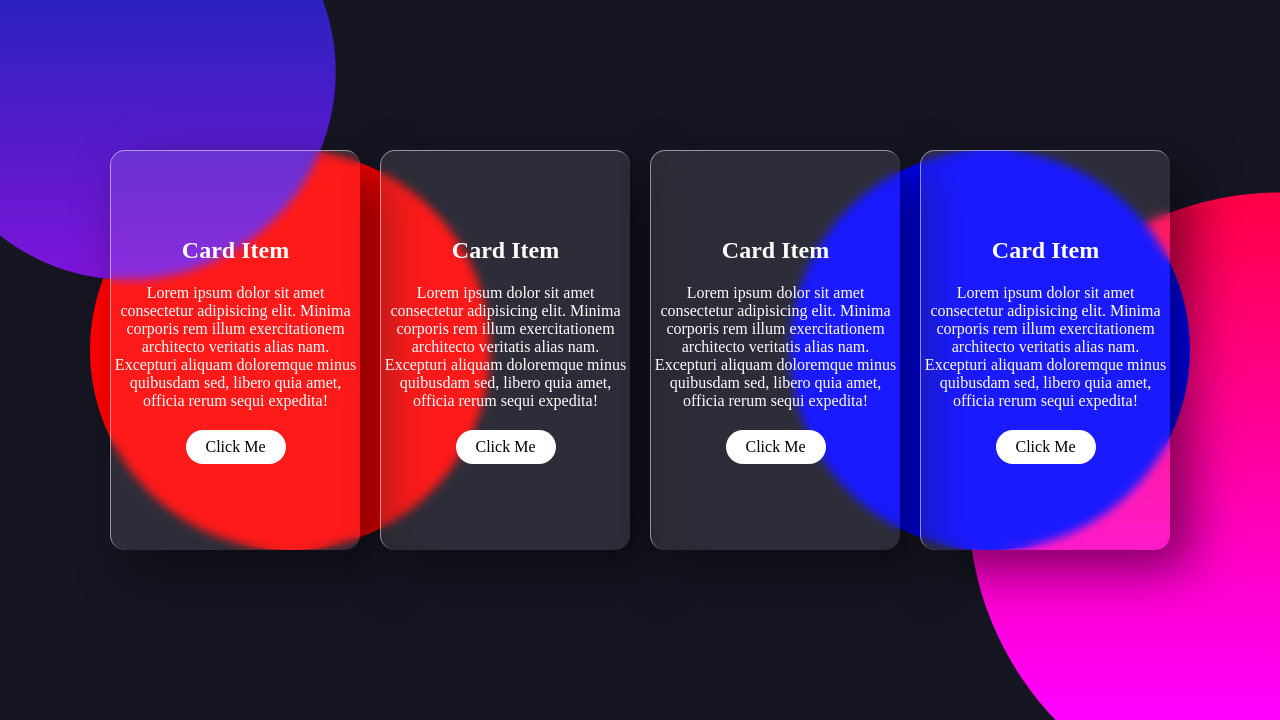
Repository: dovanluyen1996/Test-Git-PR
Page: index.html
An editor plug-in stored every save of this project. The page is shown before and after the next save, followed by the edit.
The browser window is 1280 px wide. The pictures show the whole page.

Above is the page before, as saved 2021-09-07 01:08:36.

### index.html
<!DOCTYPE html>
<html lang="en">
  <head>
    <meta charset="UTF-8" />
    <meta http-equiv="X-UA-Compatible" content="IE=edge" />
    <meta name="viewport" content="width=device-width, initial-scale=1.0" />
    <title>TestVsCode</title>
    <link rel="stylesheet" href="css/style.css" />
  </head>

  <body>
    <div class="container">
      <div class="test1"></div>
      <div class="test2"></div>
    </div>
    <div class="center">
      <div class="item-center">
        <div class="content">
          <h2>Card Item</h2>
          <p class="text">
            Lorem ipsum dolor sit amet consectetur adipisicing elit. Minima
            corporis rem illum exercitationem architecto veritatis alias nam.
            Excepturi aliquam doloremque minus quibusdam sed, libero quia amet,
            officia rerum sequi expedita!
          </p>
          <a href="javascript:void(0)">Click Me</a>
        </div>
      </div>
      <div class="item-center">
        <div class="content">
          <h2>Card Item</h2>
          <p class="text">
            Lorem ipsum dolor sit amet consectetur adipisicing elit. Minima
            corporis rem illum exercitationem architecto veritatis alias nam.
            Excepturi aliquam doloremque minus quibusdam sed, libero quia amet,
            officia rerum sequi expedita!
          </p>
          <a href="javascript:void(0)">Click Me</a>
        </div>
      </div>
      <div class="item-center">
        <div class="content">
          <h2>Card Item</h2>
          <p class="text">
            Lorem ipsum dolor sit amet consectetur adipisicing elit. Minima
            corporis rem illum exercitationem architecto veritatis alias nam.
            Excepturi aliquam doloremque minus quibusdam sed, libero quia amet,
            officia rerum sequi expedita!
          </p>
          <a href="javascript:void(0)">Click Me</a>
        </div>
      </div>
      <div class="item-center">
        <div class="content">
          <h2>Card Item</h2>
          <p class="text">
            Lorem ipsum dolor sit amet consectetur adipisicing elit. Minima
            corporis rem illum exercitationem architecto veritatis alias nam.
            Excepturi aliquam doloremque minus quibusdam sed, libero quia amet,
            officia rerum sequi expedita!
          </p>
          <a href="javascript:void(0)">Click Me</a>
        </div>
      </div>
    </div>

    <script type="text/javascript" src="js/vanilla-tilt.js"></script>
    <script>
      VanillaTilt.init(document.querySelector(".item-center"), {
        max: 25,
        speed: 400,
        glare: true,
        "max-glare": 1,
      });
      //It also supports NodeList
      VanillaTilt.init(document.querySelectorAll(".item-center"));
    </script>
  </body>
</html>

### css/style.css
* {
  margin: 0;
  padding: 0;
  box-sizing: border-box;
}
body {
  background: #161623;
}
body::before {
  content: "";
  position: absolute;
  top: 0;
  left: 0;
  width: 100%;
  height: 100%;
  background: linear-gradient(#f00, #f0f);
  clip-path: circle(30% at right 70%);
}
body::after {
  content: "";
  position: absolute;
  top: 0;
  left: 0;
  width: 100%;
  height: 100%;
  background: linear-gradient(rgb(44, 33, 192), #f0f);
  clip-path: circle(20% at 10% 10%);
}
.container {
  max-width: 1100px;
  margin: 0 auto;
  position: relative;
}
.test1 {
  width: 400px;
  height: 400px;
  background-color: red;
  border-radius: 50%;
  position: absolute;
}
.test2 {
  width: 400px;
  height: 400px;
  background-color: blue;
  border-radius: 50%;
  position: absolute;
  right: 0;
}
.center {
  margin-top: 150px;

  display: flex;
  column-gap: 20px;
  justify-content: center;
  align-items: center;
  color: white;
}
.item-center {
  position: relative;
  display: flex;
  align-items: center;
  z-index: 999;
  overflow: hidden;
  width: 250px;
  height: 400px;
  text-align: center;
  border-radius: 15px;
  border-top: 1px solid rgba(255, 255, 255, 0.5);
  border-left: 1px solid rgba(255, 255, 255, 0.5);
  box-shadow: 20px 20px 50px rgba(0, 0, 0, 0.5);
  background: rgba(255, 255, 255, 0.1);
  backdrop-filter: blur(5px);
}
.item-center p {
  font-weight: 300;
  margin-top: 20px;
  margin-bottom: 20px;
}
.item-center a {
  text-decoration: none;
  color: #fff;
  display: inline-block;
  padding: 8px 20px;
  background-color: #fff;
  color: black;
  border-radius: 20px;
  font-weight: 500;
}
.item-center .content {
  /* transform: translateY(90px);
  opacity: 0;
  transition: 0.5s; */
}
.item-center:hover .content {
  transform: translateY(0px);
  opacity: 1;
}

### js/vanilla-tilt.js
var VanillaTilt = (function () {
  "use strict";

  /**
   * Created by Sergiu Șandor (micku7zu) on 1/27/2017.
   * Original idea: https://github.com/gijsroge/tilt.js
   * MIT License.
   * Version 1.7.2
   */

  class VanillaTilt {
    constructor(element, settings = {}) {
      if (!(element instanceof Node)) {
        throw (
          "Can't initialize VanillaTilt because " + element + " is not a Node."
        );
      }

      this.width = null;
      this.height = null;
      this.clientWidth = null;
      this.clientHeight = null;
      this.left = null;
      this.top = null;

      // for Gyroscope sampling
      this.gammazero = null;
      this.betazero = null;
      this.lastgammazero = null;
      this.lastbetazero = null;

      this.transitionTimeout = null;
      this.updateCall = null;
      this.event = null;

      this.updateBind = this.update.bind(this);
      this.resetBind = this.reset.bind(this);

      this.element = element;
      this.settings = this.extendSettings(settings);

      this.reverse = this.settings.reverse ? -1 : 1;
      this.glare = VanillaTilt.isSettingTrue(this.settings.glare);
      this.glarePrerender = VanillaTilt.isSettingTrue(
        this.settings["glare-prerender"]
      );
      this.fullPageListening = VanillaTilt.isSettingTrue(
        this.settings["full-page-listening"]
      );
      this.gyroscope = VanillaTilt.isSettingTrue(this.settings.gyroscope);
      this.gyroscopeSamples = this.settings.gyroscopeSamples;

      this.elementListener = this.getElementListener();

      if (this.glare) {
        this.prepareGlare();
      }

      if (this.fullPageListening) {
        this.updateClientSize();
      }

      this.addEventListeners();
      this.reset();
      this.updateInitialPosition();
    }

    static isSettingTrue(setting) {
      return setting === "" || setting === true || setting === 1;
    }

    /**
     * Method returns element what will be listen mouse events
     * @return {Node}
     */
    getElementListener() {
      if (this.fullPageListening) {
        return window.document;
      }

      if (typeof this.settings["mouse-event-element"] === "string") {
        const mouseEventElement = document.querySelector(
          this.settings["mouse-event-element"]
        );

        if (mouseEventElement) {
          return mouseEventElement;
        }
      }

      if (this.settings["mouse-event-element"] instanceof Node) {
        return this.settings["mouse-event-element"];
      }

      return this.element;
    }

    /**
     * Method set listen methods for this.elementListener
     * @return {Node}
     */
    addEventListeners() {
      this.onMouseEnterBind = this.onMouseEnter.bind(this);
      this.onMouseMoveBind = this.onMouseMove.bind(this);
      this.onMouseLeaveBind = this.onMouseLeave.bind(this);
      this.onWindowResizeBind = this.onWindowResize.bind(this);
      this.onDeviceOrientationBind = this.onDeviceOrientation.bind(this);

      this.elementListener.addEventListener(
        "mouseenter",
        this.onMouseEnterBind
      );
      this.elementListener.addEventListener(
        "mouseleave",
        this.onMouseLeaveBind
      );
      this.elementListener.addEventListener("mousemove", this.onMouseMoveBind);

      if (this.glare || this.fullPageListening) {
        window.addEventListener("resize", this.onWindowResizeBind);
      }

      if (this.gyroscope) {
        window.addEventListener(
          "deviceorientation",
          this.onDeviceOrientationBind
        );
      }
    }

    /**
     * Method remove event listeners from current this.elementListener
     */
    removeEventListeners() {
      this.elementListener.removeEventListener(
        "mouseenter",
        this.onMouseEnterBind
      );
      this.elementListener.removeEventListener(
        "mouseleave",
        this.onMouseLeaveBind
      );
      this.elementListener.removeEventListener(
        "mousemove",
        this.onMouseMoveBind
      );

      if (this.gyroscope) {
        window.removeEventListener(
          "deviceorientation",
          this.onDeviceOrientationBind
        );
      }

      if (this.glare || this.fullPageListening) {
        window.removeEventListener("resize", this.onWindowResizeBind);
      }
    }

    destroy() {
      clearTimeout(this.transitionTimeout);
      if (this.updateCall !== null) {
        cancelAnimationFrame(this.updateCall);
      }

      this.reset();

      this.removeEventListeners();
      this.element.vanillaTilt = null;
      delete this.element.vanillaTilt;

      this.element = null;
    }

    onDeviceOrientation(event) {
      if (event.gamma === null || event.beta === null) {
        return;
      }

      this.updateElementPosition();

      if (this.gyroscopeSamples > 0) {
        this.lastgammazero = this.gammazero;
        this.lastbetazero = this.betazero;

        if (this.gammazero === null) {
          this.gammazero = event.gamma;
          this.betazero = event.beta;
        } else {
          this.gammazero = (event.gamma + this.lastgammazero) / 2;
          this.betazero = (event.beta + this.lastbetazero) / 2;
        }

        this.gyroscopeSamples -= 1;
      }

      const totalAngleX =
        this.settings.gyroscopeMaxAngleX - this.settings.gyroscopeMinAngleX;
      const totalAngleY =
        this.settings.gyroscopeMaxAngleY - this.settings.gyroscopeMinAngleY;

      const degreesPerPixelX = totalAngleX / this.width;
      const degreesPerPixelY = totalAngleY / this.height;

      const angleX =
        event.gamma - (this.settings.gyroscopeMinAngleX + this.gammazero);
      const angleY =
        event.beta - (this.settings.gyroscopeMinAngleY + this.betazero);

      const posX = angleX / degreesPerPixelX;
      const posY = angleY / degreesPerPixelY;

      if (this.updateCall !== null) {
        cancelAnimationFrame(this.updateCall);
      }

      this.event = {
        clientX: posX + this.left,
        clientY: posY + this.top,
      };

      this.updateCall = requestAnimationFrame(this.updateBind);
    }

    onMouseEnter() {
      this.updateElementPosition();
      this.element.style.willChange = "transform";
      this.setTransition();
    }

    onMouseMove(event) {
      if (this.updateCall !== null) {
        cancelAnimationFrame(this.updateCall);
      }

      this.event = event;
      this.updateCall = requestAnimationFrame(this.updateBind);
    }

    onMouseLeave() {
      this.setTransition();

      if (this.settings.reset) {
        requestAnimationFrame(this.resetBind);
      }
    }

    reset() {
      this.event = {
        clientX: this.left + this.width / 2,
        clientY: this.top + this.height / 2,
      };

      if (this.element && this.element.style) {
        this.element.style.transform =
          `perspective(${this.settings.perspective}px) ` +
          `rotateX(0deg) ` +
          `rotateY(0deg) ` +
          `scale3d(1, 1, 1)`;
      }

      this.resetGlare();
    }

    resetGlare() {
      if (this.glare) {
        this.glareElement.style.transform =
          "rotate(180deg) translate(-50%, -50%)";
        this.glareElement.style.opacity = "0";
      }
    }

    updateInitialPosition() {
      if (this.settings.startX === 0 && this.settings.startY === 0) {
        return;
      }

      this.onMouseEnter();

      if (this.fullPageListening) {
        this.event = {
          clientX:
            ((this.settings.startX + this.settings.max) /
              (2 * this.settings.max)) *
            this.clientWidth,
          clientY:
            ((this.settings.startY + this.settings.max) /
              (2 * this.settings.max)) *
            this.clientHeight,
        };
      } else {
        this.event = {
          clientX:
            this.left +
            ((this.settings.startX + this.settings.max) /
              (2 * this.settings.max)) *
              this.width,
          clientY:
            this.top +
            ((this.settings.startY + this.settings.max) /
              (2 * this.settings.max)) *
              this.height,
        };
      }

      let backupScale = this.settings.scale;
      this.settings.scale = 1;
      this.update();
      this.settings.scale = backupScale;
      this.resetGlare();
    }

    getValues() {
      let x, y;

      if (this.fullPageListening) {
        x = this.event.clientX / this.clientWidth;
        y = this.event.clientY / this.clientHeight;
      } else {
        x = (this.event.clientX - this.left) / this.width;
        y = (this.event.clientY - this.top) / this.height;
      }

      x = Math.min(Math.max(x, 0), 1);
      y = Math.min(Math.max(y, 0), 1);

      let tiltX = (
        this.reverse *
        (this.settings.max - x * this.settings.max * 2)
      ).toFixed(2);
      let tiltY = (
        this.reverse *
        (y * this.settings.max * 2 - this.settings.max)
      ).toFixed(2);
      let angle =
        Math.atan2(
          this.event.clientX - (this.left + this.width / 2),
          -(this.event.clientY - (this.top + this.height / 2))
        ) *
        (180 / Math.PI);

      return {
        tiltX: tiltX,
        tiltY: tiltY,
        percentageX: x * 100,
        percentageY: y * 100,
        angle: angle,
      };
    }

    updateElementPosition() {
      let rect = this.element.getBoundingClientRect();

      this.width = this.element.offsetWidth;
      this.height = this.element.offsetHeight;
      this.left = rect.left;
      this.top = rect.top;
    }

    update() {
      let values = this.getValues();

      this.element.style.transform =
        "perspective(" +
        this.settings.perspective +
        "px) " +
        "rotateX(" +
        (this.settings.axis === "x" ? 0 : values.tiltY) +
        "deg) " +
        "rotateY(" +
        (this.settings.axis === "y" ? 0 : values.tiltX) +
        "deg) " +
        "scale3d(" +
        this.settings.scale +
        ", " +
        this.settings.scale +
        ", " +
        this.settings.scale +
        ")";

      if (this.glare) {
        this.glareElement.style.transform = `rotate(${values.angle}deg) translate(-50%, -50%)`;
        this.glareElement.style.opacity = `${
          (values.percentageY * this.settings["max-glare"]) / 100
        }`;
      }

      this.element.dispatchEvent(
        new CustomEvent("tiltChange", {
          detail: values,
        })
      );

      this.updateCall = null;
    }

    /**
     * Appends the glare element (if glarePrerender equals false)
     * and sets the default style
     */
    prepareGlare() {
      // If option pre-render is enabled we assume all html/css is present for an optimal glare effect.
      if (!this.glarePrerender) {
        // Create glare element
        const jsTiltGlare = document.createElement("div");
        jsTiltGlare.classList.add("js-tilt-glare");

        const jsTiltGlareInner = document.createElement("div");
        jsTiltGlareInner.classList.add("js-tilt-glare-inner");

        jsTiltGlare.appendChild(jsTiltGlareInner);
        this.element.appendChild(jsTiltGlare);
      }

      this.glareElementWrapper = this.element.querySelector(".js-tilt-glare");
      this.glareElement = this.element.querySelector(".js-tilt-glare-inner");

      if (this.glarePrerender) {
        return;
      }

      Object.assign(this.glareElementWrapper.style, {
        position: "absolute",
        top: "0",
        left: "0",
        width: "100%",
        height: "100%",
        overflow: "hidden",
        "pointer-events": "none",
      });

      Object.assign(this.glareElement.style, {
        position: "absolute",
        top: "50%",
        left: "50%",
        "pointer-events": "none",
        "background-image": `linear-gradient(0deg, rgba(255,255,255,0) 0%, rgba(255,255,255,1) 100%)`,
        transform: "rotate(180deg) translate(-50%, -50%)",
        "transform-origin": "0% 0%",
        opacity: "0",
      });

      this.updateGlareSize();
    }

    updateGlareSize() {
      if (this.glare) {
        const glareSize =
          (this.element.offsetWidth > this.element.offsetHeight
            ? this.element.offsetWidth
            : this.element.offsetHeight) * 2;

        Object.assign(this.glareElement.style, {
          width: `${glareSize}px`,
          height: `${glareSize}px`,
        });
      }
    }

    updateClientSize() {
      this.clientWidth =
        window.innerWidth ||
        document.documentElement.clientWidth ||
        document.body.clientWidth;

      this.clientHeight =
        window.innerHeight ||
        document.documentElement.clientHeight ||
        document.body.clientHeight;
    }

    onWindowResize() {
      this.updateGlareSize();
      this.updateClientSize();
    }

    setTransition() {
      clearTimeout(this.transitionTimeout);
      this.element.style.transition =
        this.settings.speed + "ms " + this.settings.easing;
      if (this.glare)
        this.glareElement.style.transition = `opacity ${this.settings.speed}ms ${this.settings.easing}`;

      this.transitionTimeout = setTimeout(() => {
        this.element.style.transition = "";
        if (this.glare) {
          this.glareElement.style.transition = "";
        }
      }, this.settings.speed);
    }

    /**
     * Method return patched settings of instance
     * @param {boolean} settings.reverse - reverse the tilt direction
     * @param {number} settings.max - max tilt rotation (degrees)
     * @param {startX} settings.startX - the starting tilt on the X axis, in degrees. Default: 0
     * @param {startY} settings.startY - the starting tilt on the Y axis, in degrees. Default: 0
     * @param {number} settings.perspective - Transform perspective, the lower the more extreme the tilt gets
     * @param {string} settings.easing - Easing on enter/exit
     * @param {number} settings.scale - 2 = 200%, 1.5 = 150%, etc..
     * @param {number} settings.speed - Speed of the enter/exit transition
     * @param {boolean} settings.transition - Set a transition on enter/exit
     * @param {string|null} settings.axis - What axis should be disabled. Can be X or Y
     * @param {boolean} settings.glare - What axis should be disabled. Can be X or Y
     * @param {number} settings.max-glare - the maximum "glare" opacity (1 = 100%, 0.5 = 50%)
     * @param {boolean} settings.glare-prerender - false = VanillaTilt creates the glare elements for you, otherwise
     * @param {boolean} settings.full-page-listening - If true, parallax effect will listen to mouse move events on the whole document, not only the selected element
     * @param {string|object} settings.mouse-event-element - String selector or link to HTML-element what will be listen mouse events
     * @param {boolean} settings.reset - false = If the tilt effect has to be reset on exit
     * @param {gyroscope} settings.gyroscope - Enable tilting by deviceorientation events
     * @param {gyroscopeSensitivity} settings.gyroscopeSensitivity - Between 0 and 1 - The angle at which max tilt position is reached. 1 = 90deg, 0.5 = 45deg, etc..
     * @param {gyroscopeSamples} settings.gyroscopeSamples - How many gyroscope moves to decide the starting position.
     */
    extendSettings(settings) {
      let defaultSettings = {
        reverse: false,
        max: 15,
        startX: 0,
        startY: 0,
        perspective: 1000,
        easing: "cubic-bezier(.03,.98,.52,.99)",
        scale: 1,
        speed: 300,
        transition: true,
        axis: null,
        glare: false,
        "max-glare": 1,
        "glare-prerender": false,
        "full-page-listening": false,
        "mouse-event-element": null,
        reset: true,
        gyroscope: true,
        gyroscopeMinAngleX: -45,
        gyroscopeMaxAngleX: 45,
        gyroscopeMinAngleY: -45,
        gyroscopeMaxAngleY: 45,
        gyroscopeSamples: 10,
      };

      let newSettings = {};
      for (var property in defaultSettings) {
        if (property in settings) {
          newSettings[property] = settings[property];
        } else if (this.element.hasAttribute("data-tilt-" + property)) {
          let attribute = this.element.getAttribute("data-tilt-" + property);
          try {
            newSettings[property] = JSON.parse(attribute);
          } catch (e) {
            newSettings[property] = attribute;
          }
        } else {
          newSettings[property] = defaultSettings[property];
        }
      }

      return newSettings;
    }

    static init(elements, settings) {
      if (elements instanceof Node) {
        elements = [elements];
      }

      if (elements instanceof NodeList) {
        elements = [].slice.call(elements);
      }

      if (!(elements instanceof Array)) {
        return;
      }

      elements.forEach((element) => {
        if (!("vanillaTilt" in element)) {
          element.vanillaTilt = new VanillaTilt(element, settings);
        }
      });
    }
  }

  if (typeof document !== "undefined") {
    /* expose the class to window */
    window.VanillaTilt = VanillaTilt;

    /**
     * Auto load
     */
    VanillaTilt.init(document.querySelectorAll("[data-tilt]"));
  }

  return VanillaTilt;
})();

After the next save:
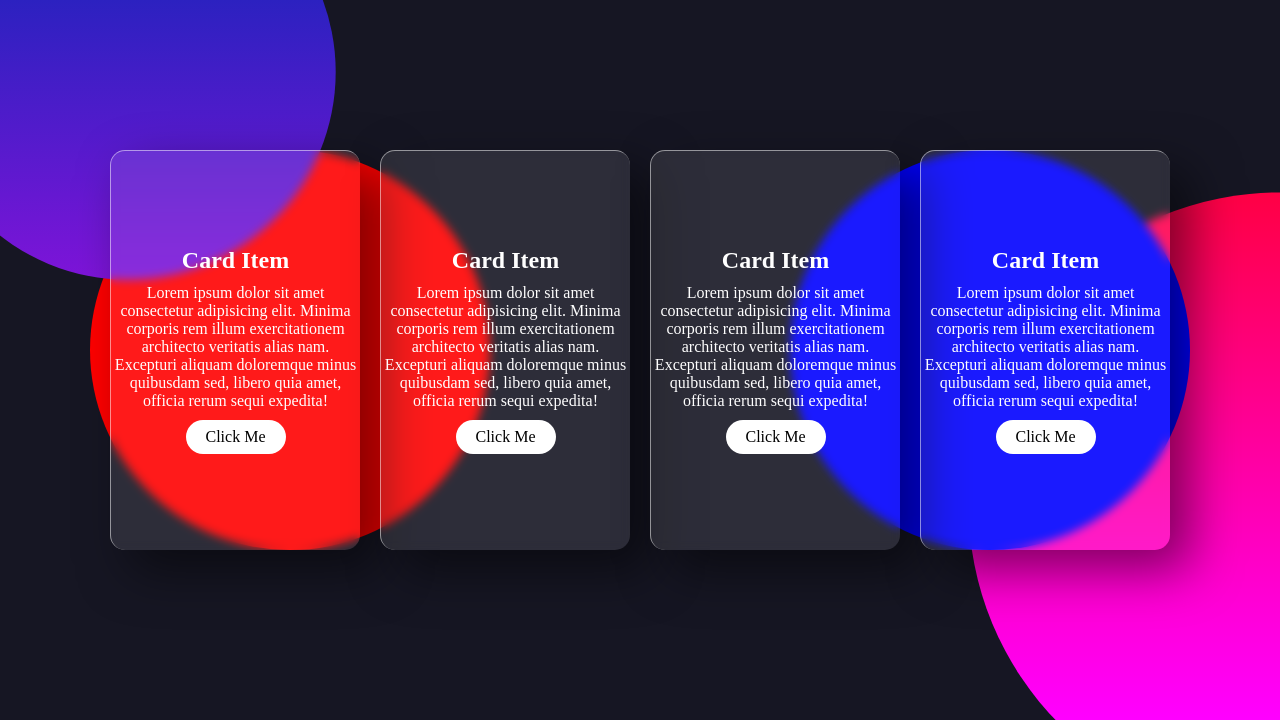
Saved 16 s later.
--- a/css/style.css
+++ b/css/style.css
@@ -73,8 +73,8 @@ body::after {
 }
 .item-center p {
   font-weight: 300;
-  margin-top: 20px;
-  margin-bottom: 20px;
+  margin-top: 10px;
+  margin-bottom: 10px;
 }
 .item-center a {
   text-decoration: none;
